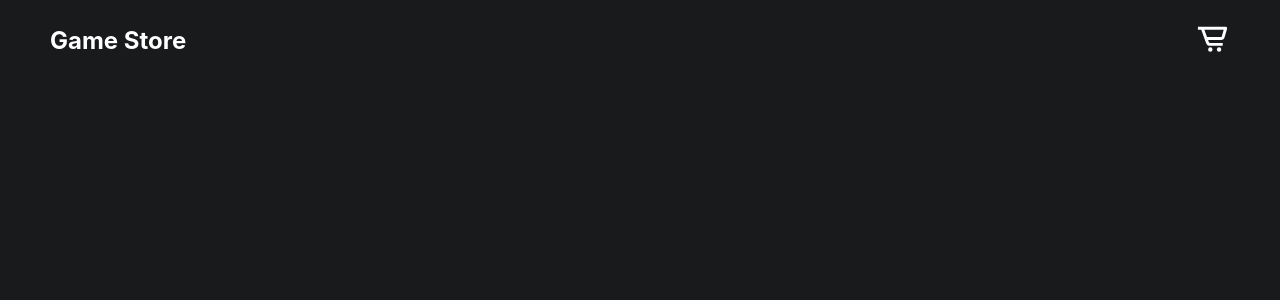
Repository: Minkeani/GameStore
Page: /
These files come from the project's save history. The page is drawn as it stood at one moment and after the next save; the edit follows.
The browser window is 1280 px wide. The pictures show the whole page.
The project was rebuilt for these pictures with package versions that can differ from the ones it lists, and the page was loaded fresh each time. Also part of the build but not shown: src/components/CartBlock/CartBlock.css.

Above is the page before, as saved 2022-09-06 21:03:45.

### src/index.js
import React from 'react';
import ReactDOM from 'react-dom/client';
import './index.css';
import App from './App';
import reportWebVitals from './reportWebVitals';

const root = ReactDOM.createRoot(document.getElementById('root'));
root.render(
    <App />
);

### src/index.css
body {
  margin: 0;
  font-family: -apple-system, BlinkMacSystemFont, 'Segoe UI', 'Roboto', 'Oxygen',
    'Ubuntu', 'Cantarell', 'Fira Sans', 'Droid Sans', 'Helvetica Neue',
    sans-serif;
  -webkit-font-smoothing: antialiased;
  -moz-osx-font-smoothing: grayscale;
  background: rgb(25, 26, 28)
}

code {
  font-family: source-code-pro, Menlo, Monaco, Consolas, 'Courier New',
    monospace;
}

.App {
  max-width: 1180px;
  padding: 0 40px;
  color: white;
  margin: 0 auto;
}

a {
  color: white;
  text-decoration: none
}

### src/App.js
import {
  BrowserRouter,
  Routes,
  Route,
} from "react-router-dom";
import Header from "./components/Header/Header";
import HomePage from "./pages/HomePage/HomePage";


function App() {
  return (
    <BrowserRouter>
      <div className="App">
        <Header/>
      <Routes>
        <Route path="/" element={<HomePage />} />
      </Routes>
      </div>
    </BrowserRouter>

  );
}

export default App;

### src/components/Header/Header.js
import React from 'react'
import { Link } from 'react-router-dom'
import CartBlock from '../CartBlock/CartBlock'
import './Header.css'

export default function Header() {
  return (
    <div className="header">
      <div className="wrapper">
            <Link to='/' className='header__store-title'>Game Store</Link>
      </div>
      <div className="wrapper header__cart-btn-wrapper">
        <CartBlock/>
      </div>
    </div>
  )
}

### src/pages/HomePage/HomePage.js
import React from 'react'

export default function HomePage() {
  return (
    <div>

    </div>
  )
}

### src/components/CartBlock/CartBlock.jsx
import React from 'react'
import './CartBlock.css'
import {BiCartAlt} from 'react-icons/bi'

export default function CartBlock() {
  return (
    <div>
      <BiCartAlt size={35} className='cart-block__item'/>
    </div>
  )
}

### src/components/Header/Header.css
.header {
    height: 80px;
    display: flex;
    align-items: center;
    justify-content: space-between;
    margin-bottom: 30px;
}

.wrapper {
    display: flex;
    flex-grow: 1;
}

.header__store-title {
    color: white;
    text-decoration: none;
    font-size: 24px;
    font-weight: bold;
}

.header__cart-btn-wrapper {
    justify-content: flex-end;
}

Loaded but not shown: public/index.html (common file); src/reportWebVitals.js (common file)

After the next save:
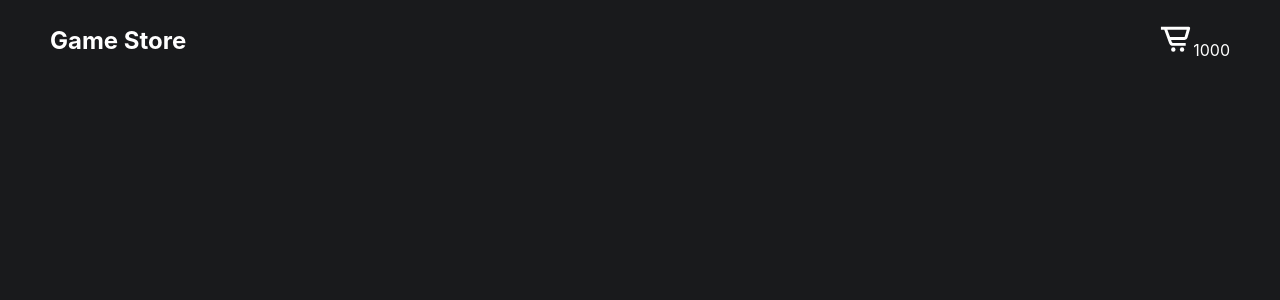
Saved 20 s later.
--- a/src/components/CartBlock/CartBlock.jsx
+++ b/src/components/CartBlock/CartBlock.jsx
@@ -6,6 +6,7 @@ export default function CartBlock() {
   return (
     <div>
       <BiCartAlt size={35} className='cart-block__item'/>
+      <span>1000</span>
     </div>
   )
 }
